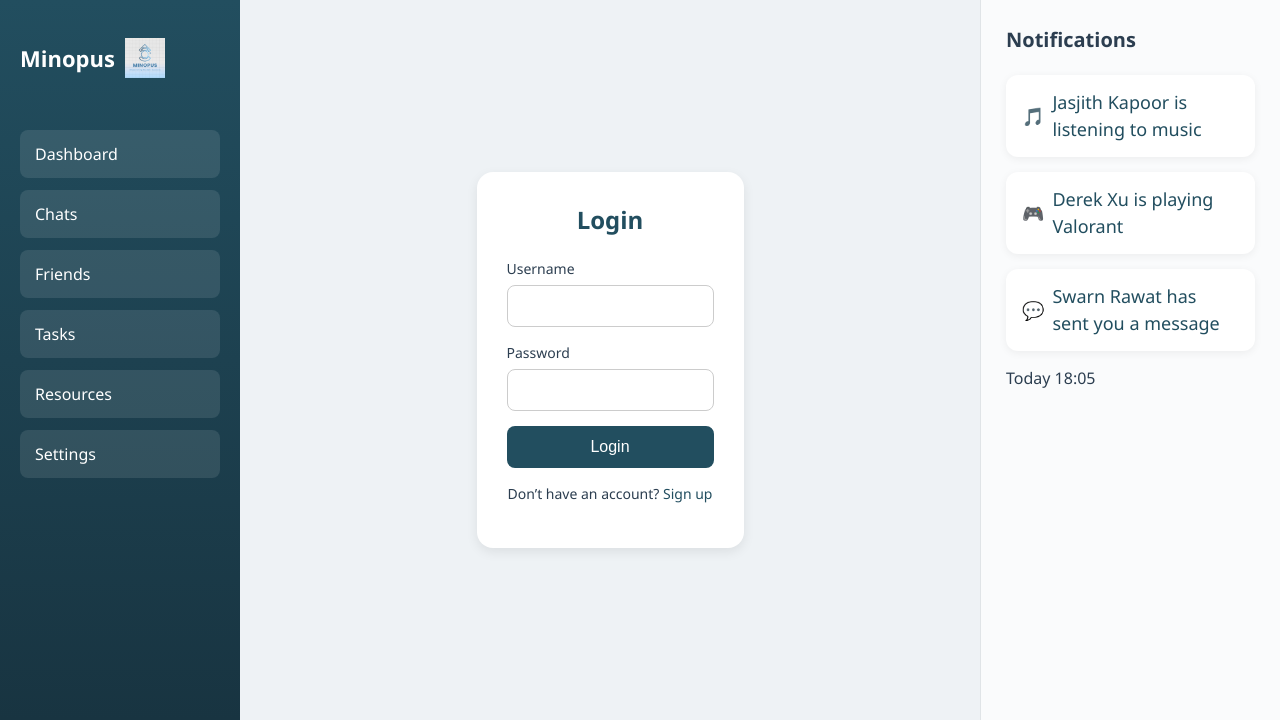
Repository: AUTemmie/Assessment-Task-3
Page: http://localhost/Login
An editor plug-in stored every save of this project. The page is shown before and after the next save, followed by the edit.
The browser window is 1280 px wide. The pictures show the whole page.
The page is served by the project's application, run on Flask 3 (main.py). Other server files are loaded and not shown.

Above is the page before, as saved 2025-09-19 13:44:33.

### templates/Login.html
{% extends 'layout.html' %} {% block title %}Login - Minopus{% endblock %} {%
block content %}
<div class="login-container">
  <h2>Login</h2>

  {% if error %}
  <p class="error">{{ error }}</p>
  {% endif %}

  <form method="post">
    <div class="form-group">
      <label for="username">Username</label>
      <input type="text" id="username" name="username" required />
    </div>

    <div class="form-group">
      <label for="password">Password</label>
      <input type="password" id="password" name="password" required />
    </div>

    <button type="submit">Login</button>
  </form>

  <p class="signup-link">
    Don’t have an account? <a href="/signup">Sign up</a>
  </p>
</div>
{% endblock %}

### templates/layout.html
<!DOCTYPE html>
<html lang="en">
  <head>
    <meta charset="UTF-8" />
    <meta name="viewport" content="width=device-width, initial-scale=1.0" />
    <meta http-equiv="X-UA-Compatible" content="ie=edge" />
    <meta http-equiv="Content-Security-Policy" content="script-src 'self';" />
    <link
      rel="stylesheet"
      href="{{ url_for('static', filename='css/style.css') }}"
    />
    <link
      rel="icon"
      type="image/x-icon"
      href="{{ url_for('static', filename='images/Favicon.png') }}"
    />
    <title>{% block title %}Minopus{% endblock %}</title>
  </head>
  <body class="theme-red {% if hide_layout %}no-sidebars{% endif %}">
    <div class="dashboard-grid">
      {% if not hide_layout %}
      <!-- Left Sidebar -->
      {% include "partials/sidebar.html" %} {% endif %}

      <!-- Main Content -->
      <main class="main-panel">{% block content %}{% endblock %}</main>

      {% if not hide_layout %}
      <!-- Right Sidebar -->
      {% include "partials/notifications.html" %} {% endif %}
    </div>

    <script src="{{ url_for('static', filename='js/app.js') }}"></script>
  </body>
</html>

### templates/partials/sidebar.html
<aside class="sidebar" aria-label="Main Navigation">
  <h2 class="logo">
    Minopus
    <img
      src="{{ url_for('static', filename='images/Favicon.png') }}"
      alt="Minopus logo"
      width="40"
      height="40"
    />
  </h2>

  <nav class="sidebar-nav">
    <ul>
      <li><a href="/">Dashboard</a></li>
      <li><a href="/chat">Chats</a></li>
      <li><a href="/friends">Friends</a></li>
      <li><a href="/tasks">Tasks</a></li>
      <li><a href="/resources">Resources</a></li>
      <li><a href="/settings">Settings</a></li>
    </ul>
  </nav>
</aside>

### templates/partials/notifications.html
<aside class="notifications" aria-label="User Notifications">
  <h2>Notifications</h2>
  <ul class="notification-list">
    <li>
      <span class="icon">🎵</span>
      <span class="text">Jasjith Kapoor is listening to music</span>
    </li>
    <li>
      <span class="icon">🎮</span>
      <span class="text">Derek Xu is playing Valorant</span>
    </li>
    <li>
      <span class="icon">💬</span>
      <span class="text">Swarn Rawat has sent you a message</span>
    </li>
  </ul>
  <footer class="timestamp">Today 18:05</footer>
</aside>

### main.py
from flask import Flask
from flask import render_template
from flask import request
import database_manager as dbHandler

app = Flask(__name__)


@app.route("/", methods=["GET", "POST"])
@app.route("/index.html", methods=["GET"])
def index():
    return render_template("index.html")


@app.route("/chat")
def chat():
    return render_template("chat.html")


@app.route("/friends")
def friends():
    return render_template("friends.html")


@app.route("/tasks")
def tasks():
    return render_template("task.html")


@app.route("/resources")
def resources():
    return render_template("resource.html")


@app.route("/settings")
def settings():
    return render_template("settings.html")


@app.route("/Login")
def login():
    return render_template("Login.html")


if __name__ == "__main__":
    app.run(debug=True, host="0.0.0.0", port=5000)

### static/css/style.css
/* Reset + Base */
body {
  margin: 0;
  font-family: "Segoe UI", sans-serif;
  background-color: #eef2f5;
  color: #2c3e50;
  line-height: 1.5;
}

/* Grid Layout */
.dashboard-grid {
  display: grid;
  grid-template-columns: 240px 1fr 300px;
  grid-template-rows: 100vh;
  overflow: hidden;
}

/* Sidebar */
.sidebar {
  background: linear-gradient(180deg, #224e5f, #183441);
  color: #fff;
  padding: 20px;
  display: flex;
  flex-direction: column;
}

.sidebar .logo {
  display: flex;
  align-items: center;
  gap: 10px;
  font-size: 22px;
  font-weight: bold;
  margin-bottom: 40px;
}

.sidebar ul {
  list-style: none;
  padding: 0;
  margin: 0;
}

.sidebar li {
  margin: 12px 0;
}

.sidebar a {
  display: block;
  padding: 12px 15px;
  border-radius: 8px;
  text-decoration: none;
  background: rgba(255, 255, 255, 0.1);
  color: #fff;
  font-weight: 500;
  transition: 0.25s ease;
}

.sidebar a:hover {
  background: rgba(255, 255, 255, 0.25);
}

/* Main Panel */
.main-panel {
  display: flex;
  flex-direction: column;
  padding: 40px;
  background-color: #eef2f5;
  height: 100vh;
  box-sizing: border-box;
  overflow: hidden;
}

.main-panel h1 {
  margin: 0 0 20px;
  font-size: 28px;
  font-weight: 600;
}

.main-panel h2 {
  margin-top: 0;
  font-size: 20px;
  font-weight: 500;
  color: #4d6273;
}

/* Welcome Card */
.welcome-card {
  background: linear-gradient(135deg, #ffffff, #f9fbfc);
  border-radius: 16px;
  padding: 25px;
  margin-bottom: 20px;
  display: flex;
  align-items: center;
  justify-content: space-between;
  box-shadow: 0 4px 12px rgba(0, 0, 0, 0.08);
}

.welcome-card h2 {
  margin: 0;
  font-size: 22px;
  font-weight: 600;
}

/* Card Grid */
.card-grid {
  display: grid;
  grid-template-columns: 1fr 1fr;
  gap: 20px;
  flex: 1;
  min-height: 0;
}

/* Cards */
.card {
  background: #fff;
  border-radius: 16px;
  padding: 20px;
  box-shadow: 0 4px 12px rgba(0, 0, 0, 0.08);
  display: flex;
  flex-direction: column;
  height: 100%;
  box-sizing: border-box;
}

.card h3 {
  margin: 0 0 15px;
  font-size: 18px;
  font-weight: 600;
}

.card ul {
  list-style: none;
  padding: 0;
  margin: 0;
  flex: 1;
  overflow-y: auto;
}

.card li {
  margin-bottom: 10px;
  background: #f7f9fa;
  padding: 10px 12px;
  border-radius: 10px;
  font-size: 14px;
  color: #34495e;
}

/* Notifications */
.notifications {
  background: #fafbfc;
  padding: 25px;
  border-left: 1px solid #e0e4e7;
  display: flex;
  flex-direction: column;
  overflow-y: auto;
}

.notifications h2 {
  margin: 0 0 20px;
  font-size: 20px;
  font-weight: 600;
}

.notifications ul {
  list-style: none;
  padding: 0;
  margin: 0;
}

.notifications li {
  margin-bottom: 15px;
  background: #fff;
  padding: 14px 16px;
  border-radius: 12px;
  display: flex;
  align-items: center;
  justify-content: space-between;
  font-size: 14px;
  box-shadow: 0 2px 8px rgba(0, 0, 0, 0.06);
  transition: transform 0.2s ease;
}

.notifications li:hover {
  transform: translateY(-3px);
}

.notifications span {
  margin-right: 8px;
  font-size: 18px;
  color: #224e5f;
}

.chat-container {
  display: flex;
  flex-direction: column;
  height: 100%;
  background: #fff;
  border-radius: 12px;
  box-shadow: 0 4px 12px rgba(0, 0, 0, 0.08);
  padding: 20px;
}

.chat-box {
  flex: 1;
  overflow-y: auto;
  padding-right: 10px;
  margin-bottom: 15px;
}

.message {
  max-width: 70%;
  margin: 8px 0;
  padding: 10px 14px;
  border-radius: 12px;
  font-size: 14px;
  position: relative;
}

.message.sent {
  background: #224e5f;
  color: #fff;
  margin-left: auto;
  border-bottom-right-radius: 4px;
}

.message.received {
  background: #f1f3f5;
  color: #2c3e50;
  margin-right: auto;
  border-bottom-left-radius: 4px;
}

.message .time {
  display: block;
  font-size: 11px;
  color: #777;
  margin-top: 4px;
}

.chat-input {
  display: flex;
  gap: 10px;
}

.chat-input input {
  flex: 1;
  padding: 12px;
  border-radius: 8px;
  border: 1px solid #ccc;
  font-size: 14px;
}

.chat-input button {
  background: #224e5f;
  color: #fff;
  border: none;
  padding: 12px 18px;
  border-radius: 8px;
  cursor: pointer;
  transition: 0.2s ease;
}

.chat-input button:hover {
  background: #1a3b48;
}

.login-container {
  max-width: 400px;
  margin: auto;
  background: #fff;
  padding: 30px;
  border-radius: 16px;
  box-shadow: 0 4px 12px rgba(0, 0, 0, 0.08);
  text-align: center;
}

.login-container h2 {
  margin-bottom: 20px;
  font-size: 24px;
  font-weight: 600;
  color: #224e5f;
}

.form-group {
  text-align: left;
  margin-bottom: 15px;
}

.form-group label {
  display: block;
  margin-bottom: 6px;
  font-size: 14px;
  font-weight: 500;
  color: #2c3e50;
}

.form-group input {
  width: 100%;
  padding: 12px;
  border-radius: 8px;
  border: 1px solid #ccc;
  font-size: 14px;
  box-sizing: border-box;
}

button[type="submit"] {
  width: 100%;
  padding: 12px;
  background: #224e5f;
  color: #fff;
  border: none;
  border-radius: 8px;
  font-size: 16px;
  font-weight: 500;
  cursor: pointer;
  transition: 0.25s ease;
}

button[type="submit"]:hover {
  background: #1a3b48;
}

.error {
  color: red;
  font-size: 14px;
  margin-bottom: 15px;
}

.signup-link {
  margin-top: 15px;
  font-size: 14px;
}
.signup-link a {
  color: #224e5f;
  text-decoration: none;
  font-weight: 500;
}
.signup-link a:hover {
  text-decoration: underline;
}

/* Hide sidebars when layout is disabled */
body.no-sidebars .dashboard-grid {
  grid-template-columns: 1fr; /* Collapse to single column */
}

body.no-sidebars .sidebar,
body.no-sidebars .notifications {
  display: none !important;
}

.friends-list {
  list-style: none;
  padding: 0;
  margin-top: 20px;
}

.friend {
  background: #fff;
  padding: 16px 20px;
  margin-bottom: 12px;
  border-radius: 12px;
  box-shadow: 0 2px 6px rgba(0, 0, 0, 0.05);
  font-size: 15px;
  color: #2c3e50;
  display: flex;
  align-items: center;
  gap: 12px;
}

.status-icon {
  font-size: 18px;
}

.friend .status {
  float: right;
  font-weight: bold;
}

.friend.online .status {
  color: #2ecc71; /* green */
}

.friend.offline .status {
  color: #e74c3c; /* red */
}

.no-sidebars .sidebar,
.no-sidebars .notifications {
  display: none;
}

### static/js/app.js
if ("serviceworker" in navigator) {
  window.addEventListener("load", function () {
    navigator.serviceworker
      .register("static/js/serviceworker.js")
      .then((res) => console.log("service worker registered"))
      .catch((err) => console.log("service worker not registered", err));
  });
}

After the next save:
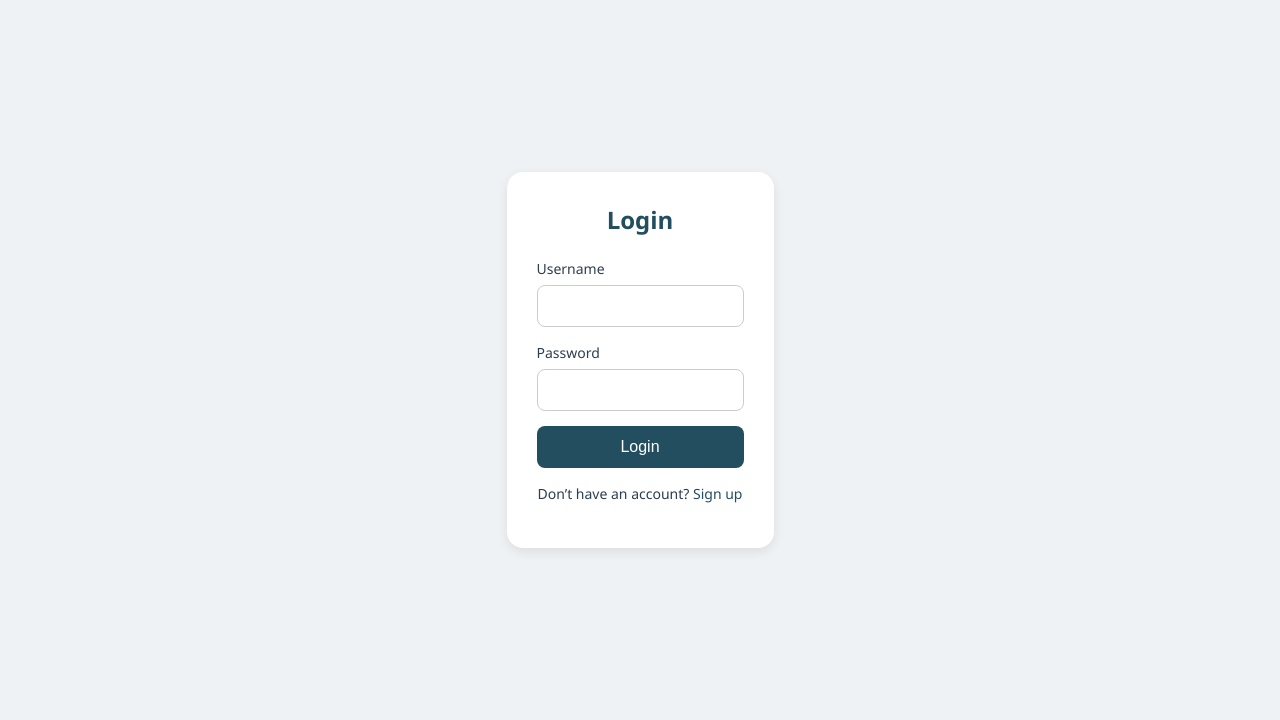
Saved 2 min 13 s later.
--- a/main.py
+++ b/main.py
@@ -37,9 +37,21 @@ def settings():
     return render_template("settings.html")
 
 
-@app.route("/Login")
+@app.route("/Login", methods=["GET", "POST"])
 def login():
-    return render_template("Login.html")
+    if request.method == "POST":
+        username = request.form["username"]
+        password = request.form["password"]
+
+        if username == "admin" and password == "password":
+            return redirect("/")
+        else:
+            error = "Invalid username or password"
+            # pass hide_layout=True
+            return render_template("Login.html", error=error, hide_layout=True)
+
+    # GET request
+    return render_template("Login.html", hide_layout=True)
 
 
 if __name__ == "__main__":
